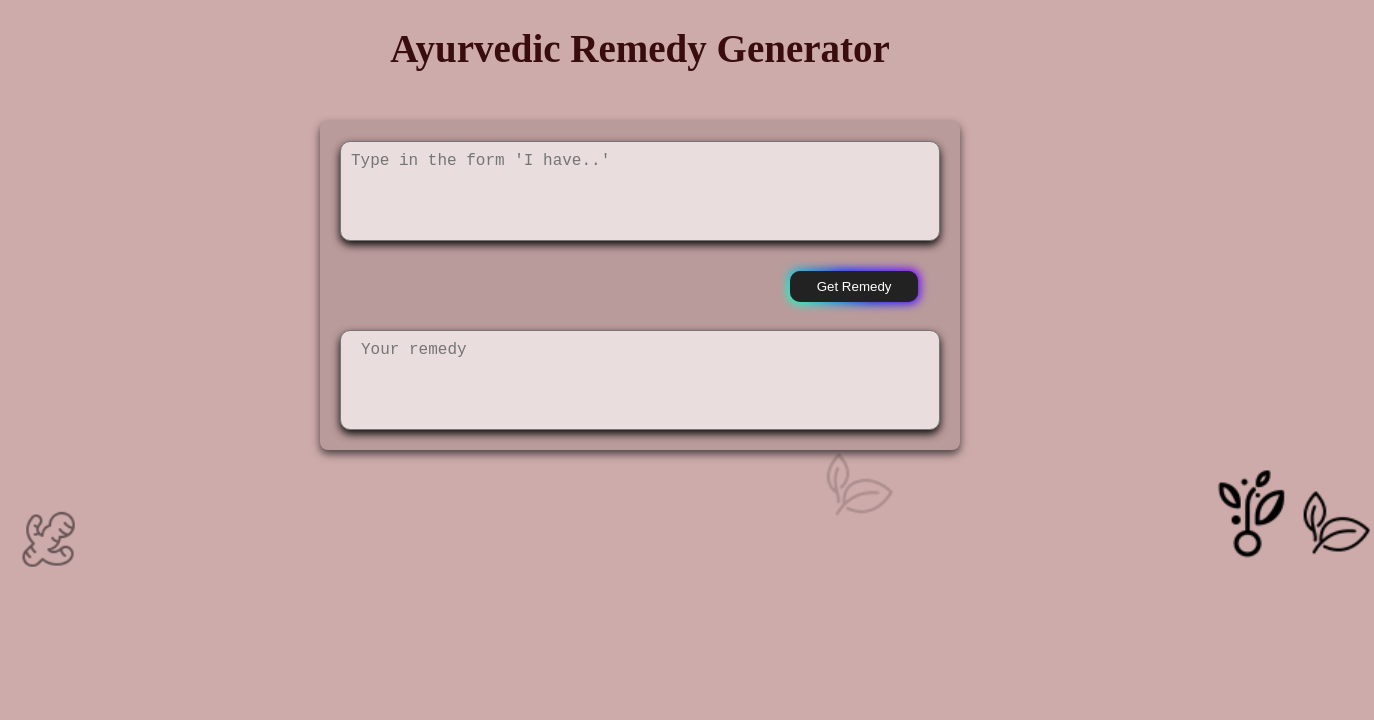
Repository: krutarthh/Ayurvedic-Remedy
Page: index.html
The author's editor kept a copy of each file at every save. The page is drawn from the files as they stood at one save, then again after the next save.
The browser window is 1280 px wide. The page is 1374 px wide, so the pictures cover 1374 px, including what lies to the right of the window. The pictures show the whole page.

Above is the page before, as saved 2024-04-10 15:26:20.

After the next save:
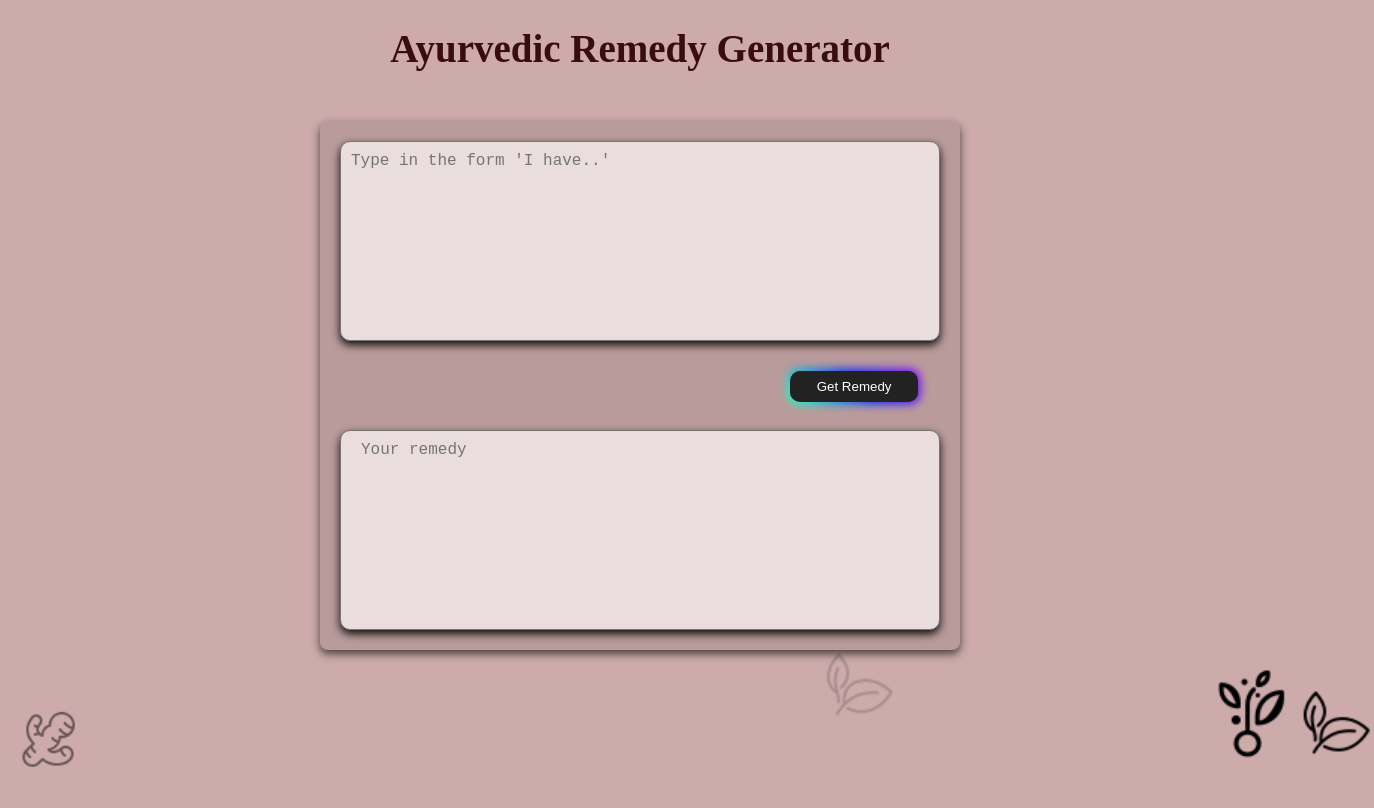
Saved 24 s later.
--- a/app.css
+++ b/app.css
@@ -13,17 +13,17 @@
 }
 #user_input,
 #answer {
-    width: 100%;
-    padding: 10px;
-    font-size: 16px;
-background-color: #e9dddd;
-    border-radius: 10px; /* Add border-radius property with a value of 10px */
-    box-sizing: border-box;
-    resize: none;
-    height: 100px;
-    margin: 0 auto;
-    display: block;
-    box-shadow: 0 4px 8px rgba(0, 0, 0, 0.931);
+  width: 100%;
+  padding: 10px;
+  font-size: 16px;
+  background-color: #e9dddd;
+  border-radius: 10px; /* Add border-radius property with a value of 10px */
+  box-sizing: border-box;
+  resize: none;
+  height: 200px; /* Increase the height to make it bigger */
+  margin: 0 auto;
+  display: block;
+  box-shadow: 0 4px 8px rgba(0, 0, 0, 0.931);
 }
 
 #user_input {

After the 2 saves that followed:
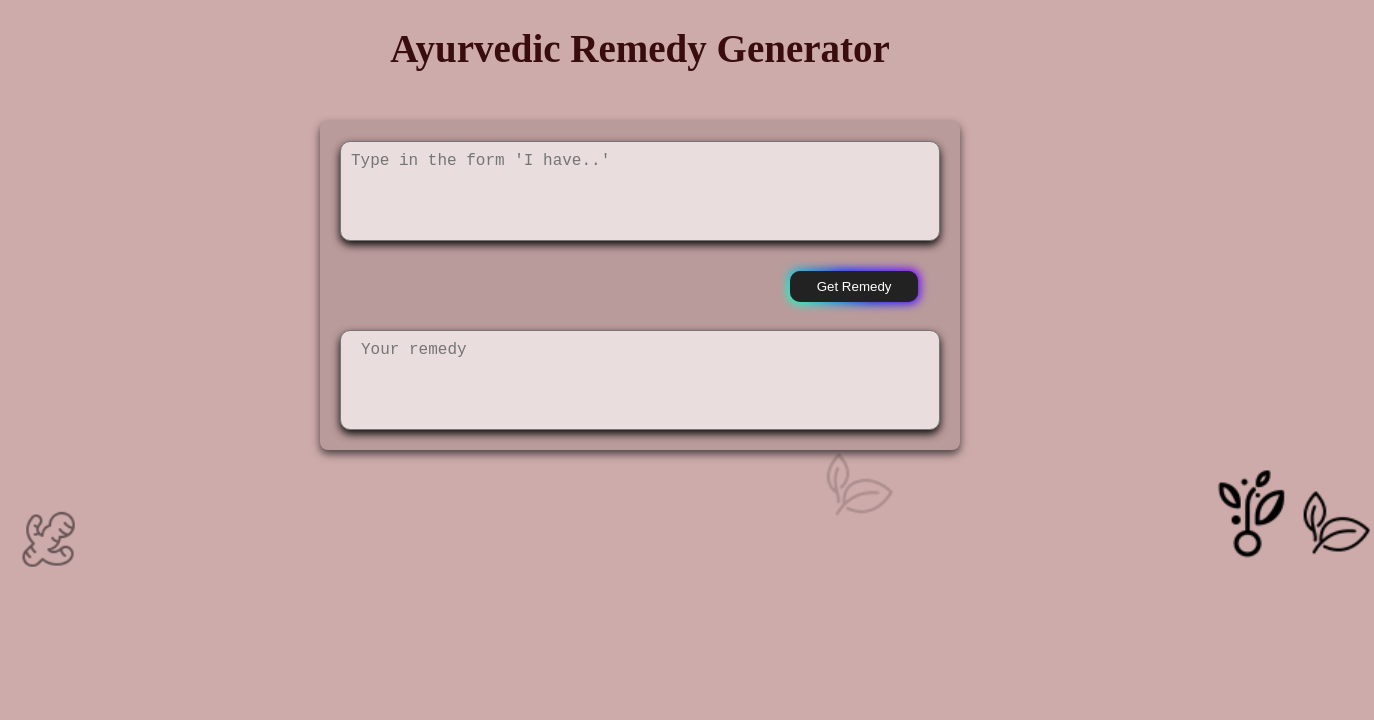
The 2 saves are shown as one change because they came seconds apart.
The last was saved 33 s later.
--- a/app.css
+++ b/app.css
@@ -13,17 +13,17 @@
 }
 #user_input,
 #answer {
-  width: 100%;
-  padding: 10px;
-  font-size: 16px;
-  background-color: #e9dddd;
-  border-radius: 10px; /* Add border-radius property with a value of 10px */
-  box-sizing: border-box;
-  resize: none;
-  height: 200px; /* Increase the height to make it bigger */
-  margin: 0 auto;
-  display: block;
-  box-shadow: 0 4px 8px rgba(0, 0, 0, 0.931);
+    width: 100%;
+    padding: 10px;
+    font-size: 16px;
+background-color: #e9dddd;
+    border-radius: 10px; /* Add border-radius property with a value of 10px */
+    box-sizing: border-box;
+    resize: none;
+    height: 100px;
+    margin: 0 auto;
+    display: block;
+    box-shadow: 0 4px 8px rgba(0, 0, 0, 0.931);
 }
 
 #user_input {
